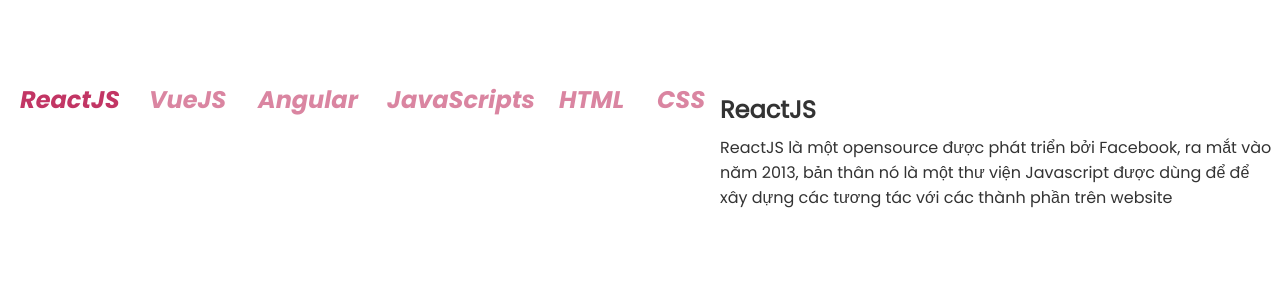
Repository: HoangLong0210/TabsUI
Page: index.html
The author's editor kept a copy of each file at every save. The page is drawn from the files as they stood at one save, then again after the next save.
The browser window is 1280 px wide. The pictures show the whole page.

Above is the page before, as saved 2022-05-16 11:37:04.

### index.html
<!DOCTYPE html>
<html lang="en">
<head>
    <meta charset="UTF-8">
    <meta http-equiv="X-UA-Compatible" content="IE=edge">
    <meta name="viewport" content="width=device-width, initial-scale=1.0">
    <title>Tabs UI</title>
    <!-- <link rel="stylesheet" href="./reset.css" /> -->
    <link rel="stylesheet" href="./style.css" />
    <link rel="preconnect" href="https://fonts.googleapis.com" />
    <link rel="preconnect" href="https://fonts.gstatic.com" crossorigin />
    <link
      href="https://fonts.googleapis.com/css2?family=Poppins:ital,wght@0,300;0,400;1,700&display=swap"
      rel="stylesheet"
    />
</head>
<body>
    <!-- tabs item -->
    <div class="tabs">
        <div class="tab__item active">
            <i class="fab fa-react">ReactJS</i>
        </div>
        <div class="tab__item">
            <i class="fab fa-vuejs">VueJS</i>
        </div>
        <div class="tab__item">
            <i class="fab fa-angular">Angular</i>
        </div>
        <div class="tab__item">
            <i class="fab fa-js">JavaScripts</i>
        </div>
        <div class="tab__item">
            <i class="fab fa-html5">HTML</i>
        </div>
        <div class="tab__item">
            <i class="fab fa-css3">CSS</i>
        </div>
        <div class="line"></div>
    </div>


    <!-- tabs content -->
    <div class="content">
        <div class="content__description active">
            <h2>ReactJS</h2>
            <p>ReactJS là một opensource được phát triển bởi Facebook, ra mắt vào năm 2013, bản thân nó là một thư viện Javascript được dùng để để xây dựng các tương tác với các thành phần trên website</p>
        </div>
        <div class="content__description">
            <h2>VueJS</h2>
            <p>VueJS là một framework linh động dùng để xây dựng giao diện người dùng. Khác với các framework nguyên khối, Vue được thiết kế từ đầu theo hướng cho phép và khuyến khích việc phát triển ứng dụng theo các bước</p>
        </div>
        <div class="content__description">
            <h2>Angular</h2>
            <p>Angular là một JavaScript framework dùng để viết giao diện web (Front-end), được phát triển bởi Google</p>
        </div>
        <div class="content__description">
            <h2>JavaScripts</h2>
            <p>JavaScripts là một ngôn ngữ lập trình thông dịch được phát triển từ các ý niệm nguyên mẫu</p>
        </div>
        <div class="content__description">
            <h2>HTML</h2>
            <p>HTML là một ngôn ngữ đánh dấu được thiết kế ra để tạo nên các trang web trên World Wide Web. Nó có thể được trợ giúp bởi các công nghệ như CSS và các ngôn ngữ kịch bản giống như JavaScript</p>
        </div>
        <div class="content__description">
            <h2>CSS</h2>
            <p>CSS là chữ viết tắt của Cascading Style Sheets, nó là một ngôn ngữ được sử dụng để tìm và định dạng lại các phần tử được tạo ra bởi các ngôn ngữ đánh dấu (HTML)</p>
        </div>
    </div>
</body>
</html>

### style.css
* {
  padding: 0;
  margin: 0;
  box-sizing: border-box;
}

html {
  font-size: 62.5%;
}

body {
  display: flex;
  font-family: "Poppins", sans-serif;
  font-size: 1.6rem;
}

body > div {
  margin: 5% auto 0;
  max-width: 720px;
}

.tabs {
  display: flex;
  position: relative;
}

.tabs .line {
  position: absolute;
  left: 0;
  bottom: 0;
  width: 0;
  height: 6px;
  border-radius: 15px;
  background-color: #c23564;
  transition: all 0.2s ease;
}

.tab__item {
  min-width: 80px;
  padding: 16px 20px 11px 20px;
  font-size: 20px;
  text-align: center;
  color: #c23564;
  background-color: #fff;
  border-top-left-radius: 5px;
  border-top-right-radius: 5px;
  border-bottom: 5px solid transparent;
  opacity: 0.6;
  cursor: pointer;
  transition: all 0.5s ease;
}

.fab {
  font-size: 24px;
  width: 32px;
  position: relative;
  top: 2px;
}

.tab__item:hover {
  opacity: 1;
  background-color: rgba(194, 53, 100, 0.05);
  border-color: rgba(194, 53, 100, 0.1);
}

.tab__item.active {
  opacity: 1;
}

.content {
  padding: 28px 0;
}

.content__description {
  color: #333;
  display: none;
}

.content__description.active {
  display: block;
}

.content__description h2 {
  font-size: 24px;
  margin-bottom: 8px;
}

Loaded but not shown: reset.css (common file)

After the next save:
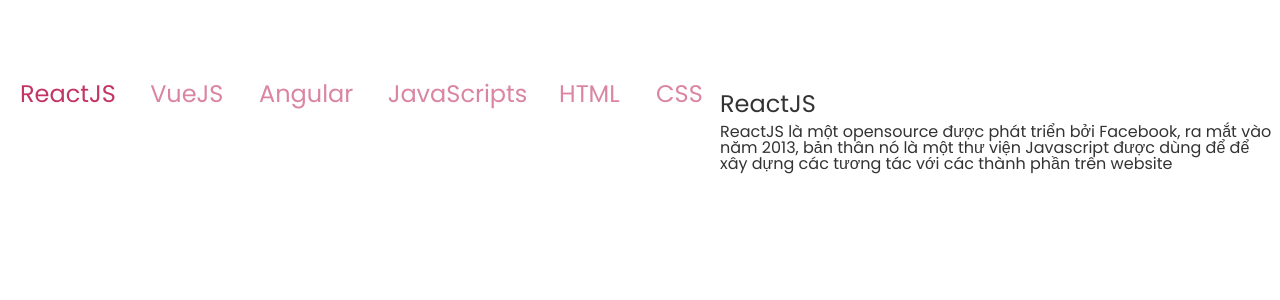
Saved 12 s later.
--- a/index.html
+++ b/index.html
@@ -5,7 +5,7 @@
     <meta http-equiv="X-UA-Compatible" content="IE=edge">
     <meta name="viewport" content="width=device-width, initial-scale=1.0">
     <title>Tabs UI</title>
-    <!-- <link rel="stylesheet" href="./reset.css" /> -->
+    <link rel="stylesheet" href="./reset.css" />
     <link rel="stylesheet" href="./style.css" />
     <link rel="preconnect" href="https://fonts.googleapis.com" />
     <link rel="preconnect" href="https://fonts.gstatic.com" crossorigin />
